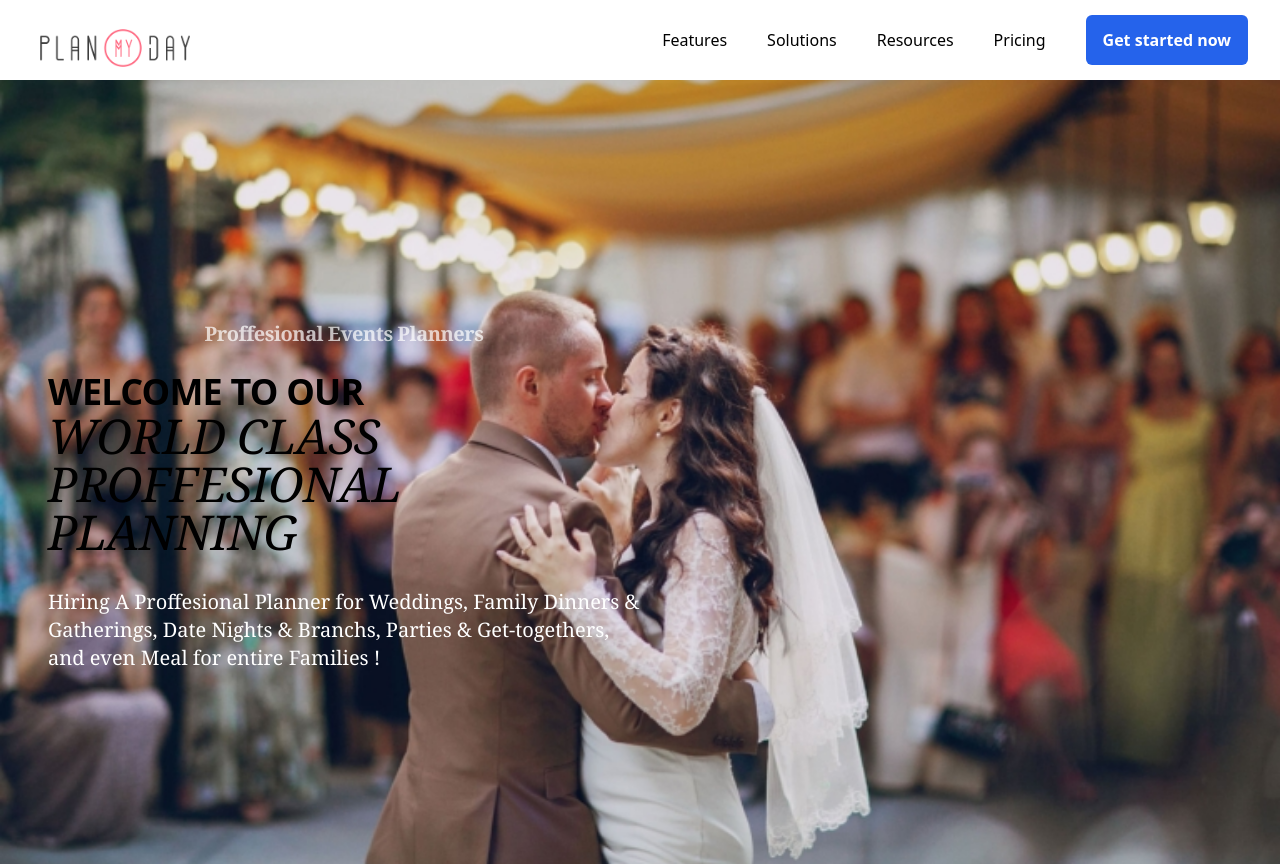
Repository: remydev47/eventsplanner
Page: /
These files come from the project's save history. The page is drawn as it stood at one moment and after the next save; the edit follows.
The browser window is 1280 px wide. The pictures show the whole page.
The project was rebuilt for these pictures with package versions that can differ from the ones it lists, and the page was loaded fresh each time. The framework's server and built-in components were replaced by stand-ins that run in the browser. Also part of the build but not shown: next.config.js, components/Header.jsx, components/Navbar.jsx, sections/Gallery.jsx, sections/Testimonial.jsx, sections/Plan.jsx, sections/Products.jsx, sections/Projects.jsx.

Above is the page before, as saved 2023-01-21 09:36:05.

### app/layout.jsx
import '../styles/globals.css';

export default function RootLayout({ children }) {
  return (
    <html lang="en">
      {/*
        <head /> will contain the components returned by the nearest parent
        head.jsx. Find out more at https://beta.nextjs.org/docs/api-reference/file-conventions/head
      */}
      <head />
      <body>{children}</body>
    </html>
  )
}

### app/page.jsx
import Header from '@/components/Header'
import Navbar from '@/components/Navbar'
import Navigation from '@/components/Navigation'
import { Hero } from '@/sections'
import Image from 'next/image'


export default function Home() {
  return (
   <div className='bg-primary-black'>
     <Navigation />
     {/* <Header /> */}
     <Hero />
   </div>
  )
}

### components/Navigation.jsx
'use client';

import { navLinks } from '@/constants';
import Image from 'next/image';
import React, {useState} from 'react'
import Logo from './Logo';

const Navigation = () => {
    const [toggle, setToggle] = useState(false);

  return (
    <header class="pb-6 bg-white lg:pb-0">
    <div class="px-4 mx-auto max-w-7xl sm:px-6 lg:px-8">

        <nav class="flex items-center justify-between h-16 lg:h-20">
            <div class="flex-shrink-0">
                <a href="#" title="" class="flex">
                    <Logo />
                </a>
            </div>

            <Image
              src={ toggle ? '/images/close.svg' : '/images/menu.svg'}
              alt='menu'
              width={60}
              height={60}
              className={styles.mobileItem}
              onClick={() => setToggle((prev) => !prev)}
            />
            <div className={`${toggle ? 'flex' : 'hidden'} ${styles.toggleContainer}`}
             >
              <ul
                className={styles.navWrapper2}
              >
                {navLinks.map((nav, index) => (
                    <li
                     key={nav.id}
                     className={` font-bold cursor-pointer text-[16px]
                     mt-2 border-t border-slate-200 py-4 dark:border-slate-600
                     ${index === navLinks.length - 1 ? 'mr-0' : 'mb-4'}
                     text-white `}
                    >
                     <a href={`#${nav.id}`}>
                        {nav.title}
                     </a>
                    </li>
                 ))}
              </ul>
             </div>

            <div class="hidden lg:flex lg:items-center lg:ml-auto lg:space-x-10">
                <a href="#" title="" class="text-base font-medium text-black transition-all duration-200 hover:text-blue-600 focus:text-blue-600"> Features </a>

                <a href="#" title="" class="text-base font-medium text-black transition-all duration-200 hover:text-blue-600 focus:text-blue-600"> Solutions </a>

                <a href="#" title="" class="text-base font-medium text-black transition-all duration-200 hover:text-blue-600 focus:text-blue-600"> Resources </a>

                <a href="#" title="" class="text-base font-medium text-black transition-all duration-200 hover:text-blue-600 focus:text-blue-600"> Pricing </a>
            </div>

            <a href="#" title="" class="items-center justify-center hidden px-4 py-3 ml-10 text-base font-semibold text-white transition-all duration-200 bg-blue-600 border border-transparent rounded-md lg:inline-flex hover:bg-blue-700 focus:bg-blue-700" role="button"> Get started now </a>
        </nav>


        <nav class="pt-4 pb-6 bg-white border border-gray-200 rounded-md shadow-md lg:hidden">
            <div class="flow-root">
                <div class="flex flex-col px-6 -my-2 space-y-1">
                    <a href="#" title="" class="inline-flex py-2 text-base font-medium text-black transition-all duration-200 hover:text-blue-600 focus:text-blue-600"> Features </a>

                    <a href="#" title="" class="inline-flex py-2 text-base font-medium text-black transition-all duration-200 hover:text-blue-600 focus:text-blue-600"> Solutions </a>

                    <a href="#" title="" class="inline-flex py-2 text-base font-medium text-black transition-all duration-200 hover:text-blue-600 focus:text-blue-600"> Resources </a>

                    <a href="#" title="" class="inline-flex py-2 text-base font-medium text-black transition-all duration-200 hover:text-blue-600 focus:text-blue-600"> Pricing </a>
                </div>
            </div>

            <div class="px-6 mt-6">
                <a href="#" title="" class="inline-flex justify-center px-4 py-3 text-base font-semibold text-white transition-all duration-200 bg-blue-600 border border-transparent rounded-md tems-center hover:bg-blue-700 focus:bg-blue-700" role="button"> Get started now </a>
            </div>
        </nav>
    </div>
</header>
  )
}

export default Navigation;
const styles = {
    container:`w-full py-6 justify-between items-center navbar`,
    navWrapper:`list-none sm:flex hidden justify-end items-center flex-1`,
    navWrapper2:`list-none flex flex-col justify-end items-center flex-1`,
    mobile:`sm:hidden flex flex-1 justify-end items-center`,
    mobileItem:`h-[28px] w-[28px] object-contain`,
    toggleContainer:`p-6 bg-primary-black absolute top-20 right-0 mx-4 my-2 min-w-[140px] rounded-xl sidebar`
}

### sections/index.js
import Gallery from "./Gallery";
import Testimonial from "./Testimonial";
import Plan from "./Plan";
import Products from "./Products";
import Projects from "./Projects";
import Hero from "./Hero";

export {
    Gallery, Testimonial, Plan, Products, Projects, Hero
}

### constants/index.js
export const navLinks =[
    {
        id:"home",
        title:"HOME"
    },
    {
        id:"about",
        title:"ABOUT"
    },
    {
        id:"shop",
        title:"SHOPS"
    },

    {
        id:"blog",
        title:"BLOGS"
    },
    {
        id:"contacts",
        title:"CONTACTS"
    },
]

### components/Logo.jsx
'use client';
import Image from "next/image";

const Logo = () => {
  return (
    <div>
        <Image
          alt="events-planner"
          src='/images/logo_black.png'
          width={150}
          height={75}
          className='ml-2 mt-4'
        />
    </div>
  )
}

export default Logo

### utils/motion.js
export const navVariants = {
    hidden: {
      opacity: 0,
      y: -50,
      transition: {
        type: 'spring',
        stiffness: 300,
        damping: 140,
      },
    },
    show: {
      opacity: 1,
      y: 0,
      transition: {
        type: 'spring',
        stiffness: 80,
        delay: 1,
      },
    },
  };

  export const slideIn = (direction, type, delay, duration) => ({
    hidden: {
      x: direction === 'left' ? '-100%' : direction === 'right' ? '100%' : 0,
      y: direction === 'up' ? '100%' : direction === 'down' ? '100%' : 0,
    },
    show: {
      x: 0,
      y: 0,
      transition: {
        type,
        delay,
        duration,
        ease: 'easeOut',
      },
    },
  });

  export const staggerContainer = (staggerChildren, delayChildren) => ({
    hidden: {},
    show: {
      transition: {
        staggerChildren,
        delayChildren,
      },
    },
  });

  export const textVariant = (delay) => ({
    hidden: {
      y: 50,
      opacity: 0,
    },
    show: {
      y: 0,
      opacity: 1,
      transition: {
        type: 'spring',
        duration: 1.25,
        delay,
      },
    },
  });

  export const textContainer = {
    hidden: {
      opacity: 0,
    },
    show: (i = 1) => ({
      opacity: 1,
      transition: { staggerChildren: 0.1, delayChildren: i * 0.1 },
    }),
  };

  export const textVariant2 = {
    hidden: {
      opacity: 0,
      y: 20,
    },
    show: {
      opacity: 1,
      y: 0,
      transition: {
        type: 'tween',
        ease: 'easeIn',
      },
    },
  };

  export const fadeIn = (direction, type, delay, duration) => ({
    hidden: {
      x: direction === 'left' ? 100 : direction === 'right' ? -100 : 0,
      y: direction === 'up' ? 100 : direction === 'down' ? -100 : 0,
      opacity: 0,
    },
    show: {
      x: 0,
      y: 0,
      opacity: 1,
      transition: {
        type,
        delay,
        duration,
        ease: 'easeOut',
      },
    },
  });

  export const planetVariants = (direction) => ({
    hidden: {
      x: direction === 'left' ? '-100%' : '100%',
      rotate: 120,
    },
    show: {
      x: 0,
      rotate: 0,
      transition: {
        type: 'spring',
        duration: 1.8,
        delay: 0.5,
      },
    },
  });

  export const zoomIn = (delay, duration) => ({
    hidden: {
      scale: 0,
      opacity: 0,
    },
    show: {
      scale: 1,
      opacity: 1,
      transition: {
        type: 'tween',
        delay,
        duration,
        ease: 'easeOut',
      },
    },
  });

  export const footerVariants = {
    hidden: {
      opacity: 0,
      y: 50,
      transition: {
        type: 'spring',
        stiffness: 300,
        damping: 140,
      },
    },
    show: {
      opacity: 1,
      y: 0,
      transition: {
        type: 'spring',
        stiffness: 80,
        delay: 0.5,
      },
    },
  };

### sections/Hero.jsx
'use client';
import { slideIn } from "@/utils/motion";
import { motion } from "framer-motion";

const Hero = () => {
    return(
    <section className='relative pt-48 pb-12 xl:pt-60 sm:pb-16 lg:pb-32 xl:pb-48 2xl:pb-56'>
        <motion.div
          variants={slideIn('right', 'tween', 0.2, 1)}
         >
          <div className="absolute inset-0">
           <img className="object-cover w-full h-full" src="/images/hero.jpg" alt="" />
          </div>
        </motion.div>

     <div className='relative'>
       <div className="px-6 mx-auto sm:px-8 lg:px-12 max-w-7xl">
        <div className="w-full lg:w-2/3 xl:w-1/2">
         <h1 className="font-serif text-xl font-bold tracking-tight text-white text-opacity-70 text-center">Proffesional Events Planners</h1>
          <p className="mt-6 tracking-tighter text-[#000]">
            <span className="font-sans font-bold text-4xl">WELCOME TO OUR </span><br />
            <span className="font-serif italic font-BOLD text-5xl">WORLD CLASS PROFFESIONAL PLANNING</span>
         </p>
         <p className="mt-8 font-erif text-xl font-serif text-[#fff]">
          Hiring A Proffesional Planner for Weddings, Family Dinners & Gatherings, Date Nights & Branchs, Parties & Get-togethers, and even Meal for entire Families !
         </p>
        </div>
      </div>
     </div>
     </section>
    )
}

export default Hero;

Loaded but not shown: styles/globals.css (common file); tailwind.config.js (common file)

After the next save:
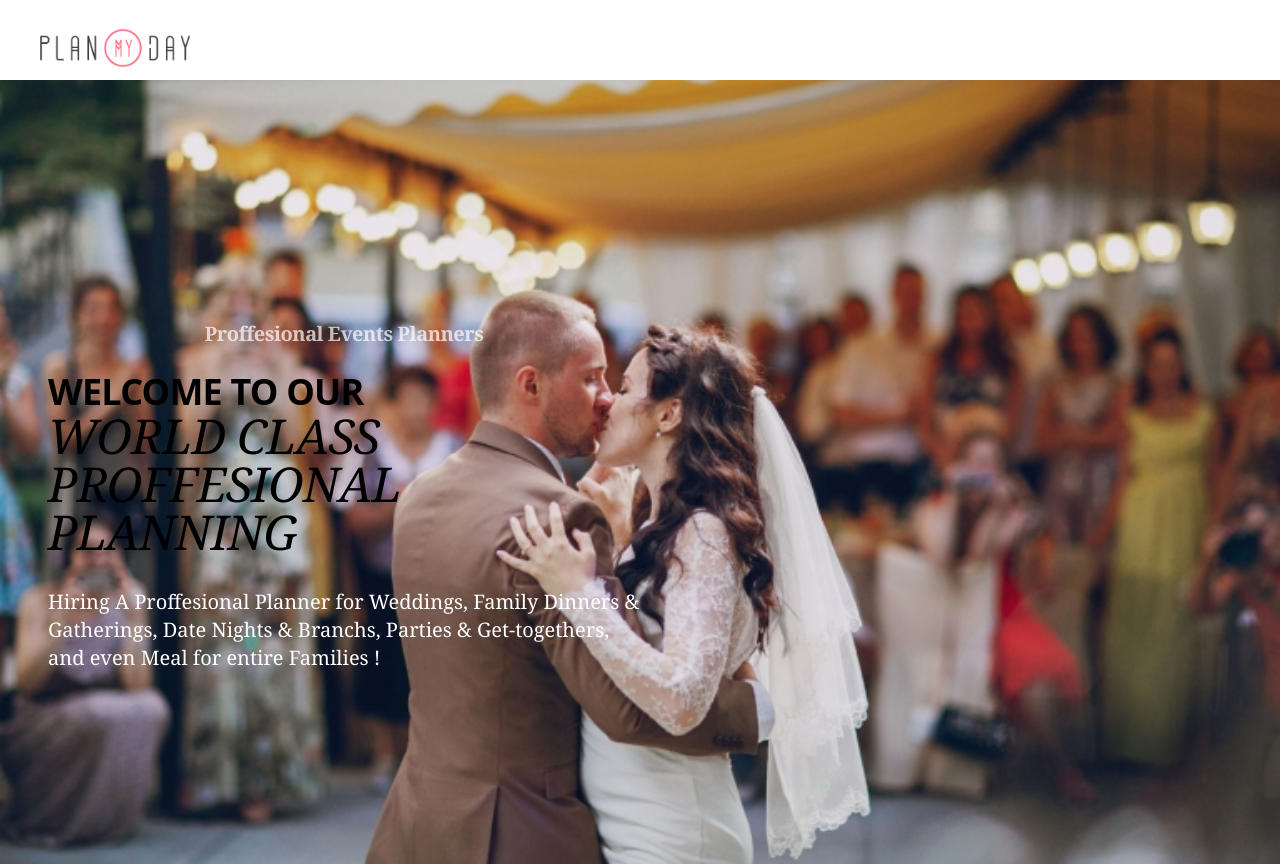
Saved 89 s later.
--- a/components/Navigation.jsx
+++ b/components/Navigation.jsx
@@ -48,7 +48,7 @@
               </ul>
              </div>
 
-            <div class="hidden lg:flex lg:items-center lg:ml-auto lg:space-x-10">
+            {/* <div class="hidden lg:flex lg:items-center lg:ml-auto lg:space-x-10">
                 <a href="#" title="" class="text-base font-medium text-black transition-all duration-200 hover:text-blue-600 focus:text-blue-600"> Features </a>
 
                 <a href="#" title="" class="text-base font-medium text-black transition-all duration-200 hover:text-blue-600 focus:text-blue-600"> Solutions </a>
@@ -58,7 +58,7 @@
                 <a href="#" title="" class="text-base font-medium text-black transition-all duration-200 hover:text-blue-600 focus:text-blue-600"> Pricing </a>
             </div>
 
-            <a href="#" title="" class="items-center justify-center hidden px-4 py-3 ml-10 text-base font-semibold text-white transition-all duration-200 bg-blue-600 border border-transparent rounded-md lg:inline-flex hover:bg-blue-700 focus:bg-blue-700" role="button"> Get started now </a>
+            <a href="#" title="" class="items-center justify-center hidden px-4 py-3 ml-10 text-base font-semibold text-white transition-all duration-200 bg-blue-600 border border-transparent rounded-md lg:inline-flex hover:bg-blue-700 focus:bg-blue-700" role="button"> Get started now </a> */}
         </nav>
 
 
